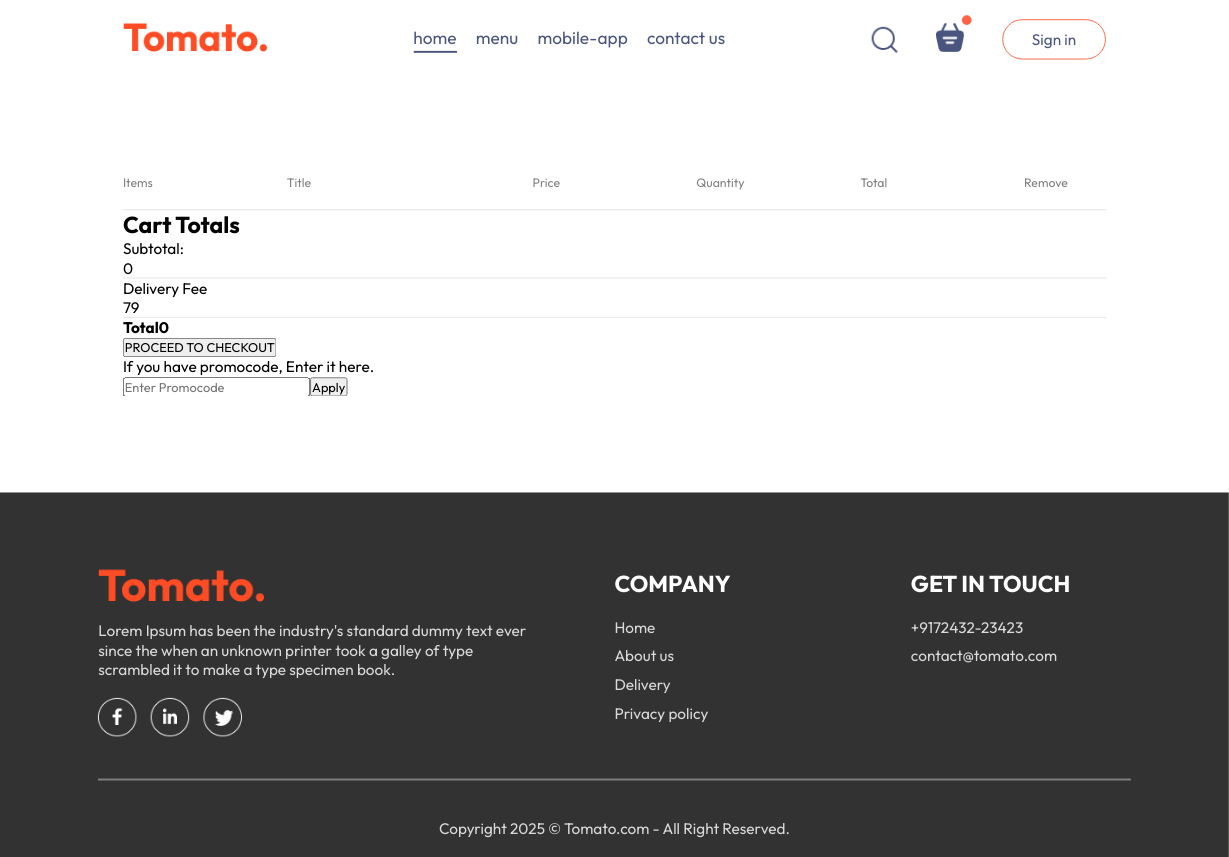
Repository: KartikChouhan03/food-delivery-app
Page: /cart (app in frontend/)
The author's editor kept a copy of each file at every save. The page is drawn from the files as they stood at one save, then again after the next save.
The browser window is 1280 px wide. The pictures show the whole page, at 96% of full size.
Some web fonts or font styles are not loaded; a fallback is used. The project was rebuilt for these pictures with package versions that can differ from the ones it lists, and the page was loaded fresh each time. Also part of the build but not shown: frontend/vite.config.js, frontend/src/components/Header/Header.css, frontend/src/components/Header/Header.jsx, frontend/src/components/ExploreMenu/ExploreMenu.css, frontend/src/components/ExploreMenu/ExploreMenu.jsx, frontend/src/components/FoodDisplay/FoodDisplay.css, frontend/src/components/FoodItem/FoodItem.css, frontend/src/components/FoodItem/FoodItem.jsx and 8 more.

Above is the page before, as saved 2025-08-16 12:43:10.

### frontend/index.html
<!doctype html>
<html lang="en">
  <head>
    <meta charset="UTF-8" />
    <link rel="icon" type="image/svg+xml" href="" />
    <meta name="viewport" content="width=device-width, initial-scale=1.0" />
    <title>Foodify</title>
  </head>
  <body>
    <div id="root"></div>
    <script type="module" src="/src/main.jsx"></script>
  </body>
</html>

### frontend/src/main.jsx
import { createRoot } from 'react-dom/client'
import './index.css'
import App from './App.jsx'
import { BrowserRouter} from 'react-router-dom'
import StoreContextProvider from './context/StoreContext.jsx'


createRoot(document.getElementById('root')).render(
  <BrowserRouter>
    <StoreContextProvider>
      <App />
    </StoreContextProvider>
  </BrowserRouter>


)

### frontend/src/index.css

@import url('https://fonts.googleapis.com/css2?family=Montserrat:ital,wght@0,100..900;1,100..900&family=Outfit:wght@100..900&family=Playfair+Display:ital,wght@0,400..900;1,400..900&display=swap');


*{
  padding: 0;
  margin: 0;
  box-sizing: border-box;
  font-family: Outfit;
  scroll-behavior: smooth;
}

body{
  min-height: 100vh;
}

a{
  text-decoration: none;
  color: inherit;
}

.app{
  width: 80%;
  margin: auto;
}

@keyframes fadeIn{
  0%{
    opacity: 0;
  }
  100%{
    opacity: 1;
  }
}

### frontend/src/App.jsx
import React, { useState } from 'react'
import Navbar from './components/Navbar/Navbar'
import { Route, Routes } from 'react-router-dom'
import Home from './pages/Home/Home'
import Cart from './pages/Cart/Cart'
import PlaceOrder from './pages/PlaceOrder/PlaceOrder'
import Footer from './components/Footer/Footer'
import LoginPopup from './components/LoginPopup/LoginPopup'


const App = () => {

  const [showLogin,setShowLogin] = useState(false)


  return (
    <>
    {showLogin?<LoginPopup setShowLogin={setShowLogin}/>:<></>}
      <div className='app'>
        <Navbar setShowLogin={setShowLogin} />
        <Routes>
          <Route path="/" element={<Home />} />
          <Route path="/cart" element={<Cart />} />
          <Route path="/order" element={<PlaceOrder/>} />
        </Routes>
      </div>
      <Footer/>
    </>

  )
}

export default App

### frontend/src/context/StoreContext.jsx
import { createContext, useEffect, useState } from "react";
import { food_list } from "../assets/assets";


export const StoreContext = createContext(null)

const StoreContextProvider = (props) =>{

    const [cartItems, setCartItems] = useState({});

    const addToCart =(itemId)=>{
        if(!cartItems[itemId]){
            setCartItems((prev)=>({...prev,[itemId]:1}))
        }
        else{
            setCartItems((prev)=>({...prev,[itemId]:prev[itemId]+1}))
        }
    }

    const removeFromCart =(itemId) =>{
        setCartItems((prev)=>({...prev,[itemId]:prev[itemId]-1}))
    }

    useEffect(()=>{
        console.log(cartItems);
    },[cartItems])


    const contextValue = {
        food_list,
        cartItems,
        setCartItems,
        addToCart,
        removeFromCart,
    }



    return (
        <StoreContext.Provider value ={contextValue}>
            {props.children}
        </StoreContext.Provider>
    )

}

export default StoreContextProvider;

### frontend/src/components/Navbar/Navbar.jsx
import React, { useState } from 'react'
import './Navbar.css'
import {assets} from '../../assets/assets.js'
import {Link} from 'react-router-dom';

const Navbar = ({setShowLogin}) => {

  const [menu,setMenu] = useState("home");


  return (
    <div className='navbar'>
      <Link to='/'><img className='logo' src={assets.logo} alt="" /></Link>
      <ul className='navbar-menu'>
        <Link to='/' onClick={()=>setMenu("home")} className={menu==="home"?"active":""}>home</Link>
        <a href='#explore-menu' onClick={()=>setMenu("menu")} className={menu==="menu"?"active":""}>menu</a>
        <a href='#app-download' onClick={()=>setMenu("mobile-app")} className={menu==="mobile-app"?"active":""}>mobile-app</a>
        <a href='#footer' onClick={()=>setMenu("contact-us")} className={menu==="contact-us"?"active":""}>contact us</a>
      </ul>
      <div className="navbar-right">
        <img src={assets.search_icon} alt="" />
        <div className='navbar-search-icon'>
          <Link to='/cart'><img src={assets.basket_icon} alt="" /></Link>
          <div className='dot'></div>
        </div>
        <button onClick={()=>setShowLogin(true)}>Sign in</button>
      </div>
    </div>
  )
}

export default Navbar

### frontend/src/pages/Cart/Cart.jsx
import React, { useContext } from 'react'
import './Cart.css'
import { StoreContext } from '../../context/StoreContext'

const Cart = () => {

  const {cartItems, food_list, removeFromCart} = useContext(StoreContext);

  return (
    <div className='cart'>
      <div className="cart-items">
        <div className="cart-items-title">
          <p>Items</p>
          <p>Title</p>
          <p>Price</p>
          <p>Quantity</p>
          <p>Total</p>
          <p>Remove</p>
        </div>
        <br />
        <hr />
        {food_list.map((item,index)=>{
          if(cartItems[item._id]>0){
            return (
              <div>
                <div  className='cart-items-title cart-items-item'>
                  <img src={item.image} alt="" />
                  <p>{item.name}</p>
                  <p>₹{item.price}</p>
                  <p>{cartItems[item._id]}</p>
                  <p>₹{item.price*cartItems[item._id]}</p>
                  <p className='cross' onClick={()=>removeFromCart(item._id)}>x</p>
                </div>
                <hr />
              </div>

            )
          }
        })}
      </div>
      <div className='cart-bottom'>
        <div className='cart-total'>
          <h2>Cart Totals</h2>
          <div>
            <div className="cart-total-details">
              <p>Subtotal:</p>
              <p>{0}</p>
            </div>
            <hr />
            <div className="cart-total-details">
              <p>Delivery Fee</p>
              <p>{79}</p>
            </div>
            <hr />
            <div className="cart-total-details">
              <b>Total</b>
              <b>{0}</b>
            </div>
          </div>
          <button>PROCEED TO CHECKOUT</button>
        </div>
        <div className='cart-promocode'>
          <div>
            <p>If you have promocode, Enter it here.</p>
            <div className="cart-promocode-input">
              <input type="text" placeholder="Enter Promocode" />
              <button>Apply</button>
            </div>
          </div>
        </div>
      </div>
    </div>
  )
}

export default Cart

### frontend/src/components/Footer/Footer.jsx
import React from 'react'
import './Footer.css'
import { assets } from '../../assets/assets'

const Footer = () => {
  return (
    <div className='footer' id='footer'>
      <div className="footer-content">
        <div className="footer-content-left">
            <img src={assets.logo} alt="" />
            <p>Lorem Ipsum has been the industry's standard dummy text ever since the when an unknown printer took a galley of type scrambled it to make a type specimen book.</p>
            <div className="footer-social-icons">
                <img src={assets.facebook_icon} alt="" />
                <img src={assets.linkedin_icon} alt="" />
                <img src={assets.twitter_icon} alt="" />
            </div>
        </div>
        <div className='footer-content-center'>
            <h2>COMPANY</h2>
            <ul>
                <li>Home</li>
                <li>About us</li>
                <li>Delivery</li>
                <li>Privacy policy</li>
            </ul>
        </div>
        <div className="footer-content-right">
            <h2>GET IN TOUCH</h2>
            <ul>
                <li>+9172432-23423</li>
                <li>contact@tomato.com</li>
            </ul>
        </div>
      </div>
      <hr />
        <p className='footer-copyright'>Copyright 2025 © Tomato.com - All Right Reserved.</p>
    </div>
  )
}

export default Footer

### frontend/src/assets/assets.js
import basket_icon from './basket_icon.png'
import logo from './logo.png'
import header_img from './header_img.png'
import search_icon from './search_icon.png'
import menu_1 from './menu_1.png'
import menu_2 from './menu_2.png'
import menu_3 from './menu_3.png'
import menu_4 from './menu_4.png'
import menu_5 from './menu_5.png'
import menu_6 from './menu_6.png'
import menu_7 from './menu_7.png'
import menu_8 from './menu_8.png'

import food_1 from './food_1.png'
import food_2 from './food_2.png'
import food_3 from './food_3.png'
import food_4 from './food_4.png'
import food_5 from './food_5.png'
import food_6 from './food_6.png'
import food_7 from './food_7.png'
import food_8 from './food_8.png'
import food_9 from './food_9.png'
import food_10 from './food_10.png'
import food_11 from './food_11.png'
import food_12 from './food_12.png'
import food_13 from './food_13.png'
import food_14 from './food_14.png'
import food_15 from './food_15.png'
import food_16 from './food_16.png'
import food_17 from './food_17.png'
import food_18 from './food_18.png'
import food_19 from './food_19.png'
import food_20 from './food_20.png'
import food_21 from './food_21.png'
import food_22 from './food_22.png'
import food_23 from './food_23.png'
import food_24 from './food_24.png'
import food_25 from './food_25.png'
import food_26 from './food_26.png'
import food_27 from './food_27.png'
import food_28 from './food_28.png'
import food_29 from './food_29.png'
import food_30 from './food_30.png'
import food_31 from './food_31.png'
import food_32 from './food_32.png'

import add_icon_white from './add_icon_white.png'
import add_icon_green from './add_icon_green.png'
import remove_icon_red from './remove_icon_red.png'
import app_store from './app_store.png'
import play_store from './play_store.png'
import linkedin_icon from './linkedin_icon.png'
import facebook_icon from './facebook_icon.png'
import twitter_icon from './twitter_icon.png'
import cross_icon from './cross_icon.png'
import selector_icon from './selector_icon.png'
import rating_starts from './rating_starts.png'
import profile_icon from './profile_icon.png'
import bag_icon from './bag_icon.png'
import logout_icon from './logout_icon.png'
import parcel_icon from './parcel_icon.png'

export const assets = {
    logo,
    basket_icon,
    header_img,
    search_icon,
    rating_starts,
    add_icon_green,
    add_icon_white,
    remove_icon_red,
    app_store,
    play_store,
    linkedin_icon,
    facebook_icon,
    twitter_icon,
    cross_icon,
    selector_icon,
    profile_icon,
    logout_icon,
    bag_icon,
    parcel_icon
}

export const menu_list = [
    {
        menu_name: "Salad",
        menu_image: menu_1
    },
    {
        menu_name: "Rolls",
        menu_image: menu_2
    },
    {
        menu_name: "Deserts",
        menu_image: menu_3
    },
    {
        menu_name: "Sandwich",
        menu_image: menu_4
    },
    {
        menu_name: "Cake",
        menu_image: menu_5
    },
    {
        menu_name: "Pure Veg",
        menu_image: menu_6
    },
    {
        menu_name: "Pasta",
        menu_image: menu_7
    },
    {
        menu_name: "Noodles",
        menu_image: menu_8
    }]

export const food_list = [
    {
        _id: "1",
        name: "Greek salad",
        image: food_1,
        price: 12,
        description: "Food provides essential nutrients for overall health and well-being",
        category: "Salad"
    },
    {
        _id: "2",
        name: "Veg salad",
        image: food_2,
        price: 18,
        description: "Food provides essential nutrients for overall health and well-being",
        category: "Salad"
    }, {
        _id: "3",
        name: "Clover Salad",
        image: food_3,
        price: 16,
        description: "Food provides essential nutrients for overall health and well-being",
        category: "Salad"
    }, {
        _id: "4",
        name: "Chicken Salad",
        image: food_4,
        price: 24,
        description: "Food provides essential nutrients for overall health and well-being",
        category: "Salad"
    }, {
        _id: "5",
        name: "Lasagna Rolls",
        image: food_5,
        price: 14,
        description: "Food provides essential nutrients for overall health and well-being",
        category: "Rolls"
    }, {
        _id: "6",
        name: "Peri Peri Rolls",
        image: food_6,
        price: 12,
        description: "Food provides essential nutrients for overall health and well-being",
        category: "Rolls"
    }, {
        _id: "7",
        name: "Chicken Rolls",
        image: food_7,
        price: 20,
        description: "Food provides essential nutrients for overall health and well-being",
        category: "Rolls"
    }, {
        _id: "8",
        name: "Veg Rolls",
        image: food_8,
        price: 15,
        description: "Food provides essential nutrients for overall health and well-being",
        category: "Rolls"
    }, {
        _id: "9",
        name: "Ripple Ice Cream",
        image: food_9,
        price: 14,
        description: "Food provides essential nutrients for overall health and well-being",
        category: "Deserts"
    }, {
        _id: "10",
        name: "Fruit Ice Cream",
        image: food_10,
        price: 22,
        description: "Food provides essential nutrients for overall health and well-being",
        category: "Deserts"
    }, {
        _id: "11",
        name: "Jar Ice Cream",
        image: food_11,
        price: 10,
        description: "Food provides essential nutrients for overall health and well-being",
        category: "Deserts"
    }, {
        _id: "12",
        name: "Vanilla Ice Cream",
        image: food_12,
        price: 12,
        description: "Food provides essential nutrients for overall health and well-being",
        category: "Deserts"
    },
    {
        _id: "13",
        name: "Chicken Sandwich",
        image: food_13,
        price: 12,
        description: "Food provides essential nutrients for overall health and well-being",
        category: "Sandwich"
    },
    {
        _id: "14",
        name: "Vegan Sandwich",
        image: food_14,
        price: 18,
        description: "Food provides essential nutrients for overall health and well-being",
        category: "Sandwich"
    }, {
        _id: "15",
        name: "Grilled Sandwich",
        image: food_15,
        price: 16,
        description: "Food provides essential nutrients for overall health and well-being",
        category: "Sandwich"
    }, {
        _id: "16",
        name: "Bread Sandwich",
        image: food_16,
        price: 24,
        description: "Food provides essential nutrients for overall health and well-being",
        category: "Sandwich"
    }, {
        _id: "17",
        name: "Cup Cake",
        image: food_17,
        price: 14,
        description: "Food provides essential nutrients for overall health and well-being",
        category: "Cake"
    }, {
        _id: "18",
        name: "Vegan Cake",
        image: food_18,
        price: 12,
        description: "Food provides essential nutrients for overall health and well-being",
        category: "Cake"
    }, {
        _id: "19",
        name: "Butterscotch Cake",
        image: food_19,
        price: 20,
        description: "Food provides essential nutrients for overall health and well-being",
        category: "Cake"
    }, {
        _id: "20",
        name: "Sliced Cake",
        image: food_20,
        price: 15,
        description: "Food provides essential nutrients for overall health and well-being",
        category: "Cake"
    }, {
        _id: "21",
        name: "Garlic Mushroom ",
        image: food_21,
        price: 14,
        description: "Food provides essential nutrients for overall health and well-being",
        category: "Pure Veg"
    }, {
        _id: "22",
        name: "Fried Cauliflower",
        image: food_22,
        price: 22,
        description: "Food provides essential nutrients for overall health and well-being",
        category: "Pure Veg"
    }, {
        _id: "23",
        name: "Mix Veg Pulao",
        image: food_23,
        price: 10,
        description: "Food provides essential nutrients for overall health and well-being",
        category: "Pure Veg"
    }, {
        _id: "24",
        name: "Rice Zucchini",
        image: food_24,
        price: 12,
        description: "Food provides essential nutrients for overall health and well-being",
        category: "Pure Veg"
    },
    {
        _id: "25",
        name: "Cheese Pasta",
        image: food_25,
        price: 12,
        description: "Food provides essential nutrients for overall health and well-being",
        category: "Pasta"
    },
    {
        _id: "26",
        name: "Tomato Pasta",
        image: food_26,
        price: 18,
        description: "Food provides essential nutrients for overall health and well-being",
        category: "Pasta"
    }, {
        _id: "27",
        name: "Creamy Pasta",
        image: food_27,
        price: 16,
        description: "Food provides essential nutrients for overall health and well-being",
        category: "Pasta"
    }, {
        _id: "28",
        name: "Chicken Pasta",
        image: food_28,
        price: 24,
        description: "Food provides essential nutrients for overall health and well-being",
        category: "Pasta"
    }, {
        _id: "29",
        name: "Buttter Noodles",
        image: food_29,
        price: 14,
        description: "Food provides essential nutrients for overall health and well-being",
        category: "Noodles"
    }, {
        _id: "30",
        name: "Veg Noodles",
        image: food_30,
        price: 12,
        description: "Food provides essential nutrients for overall health and well-being",
        category: "Noodles"
    }, {
        _id: "31",
        name: "Somen Noodles",
        image: food_31,
        price: 20,
        description: "Food provides essential nutrients for overall health and well-being",
        category: "Noodles"
    }, {
        _id: "32",
        name: "Cooked Noodles",
        image: food_32,
        price: 15,
        description: "Food provides essential nutrients for overall health and well-being",
        category: "Noodles"
    }
]

### frontend/src/components/Navbar/Navbar.css
.navbar{
    padding: 20px 0px;
    display: flex;
    justify-content: space-between;
    align-items: center;
}

.navbar .logo{
    width: 150px;
}

.navbar-menu{
    display: flex;
    list-style: none;
    gap: 20px;
    color: #49557e;
    font-size: 18px;
}

.navbar-right{
    display: flex;
    align-items: center;
    gap: 40px;
}

.navbar button{
    background: transparent;
    font-size: 16px;
    color: #49557e;
    border: 1px solid tomato;
    padding: 10px 30px;
    border-radius: 50px;
    cursor: pointer;
    transition: 0.4s;
}

.navbar button:hover{
    background-color: #fff4f2;
}

.navbar .active{
    padding-bottom: 2px;
    border-bottom: 2px solid #49557e;
}

.navbar li{
    cursor: pointer;
}

.navbar-search-icon {
    position: relative;
}

.navbar-search-icon .dot{
    position: absolute;
    min-width: 10px;
    min-height: 10px;
    background-color: tomato;
    border-radius:5px ;
    top: -8px;
    right: -8px;
}


@media (max-width: 1050px){
    .navbar .logo{
        width: 140px;
    }
    .navbar-menu{
        gap: 20px;
        font-size: 17px;
    }
    .navbar-right{
        gap: 30px;
    }
    .navbar-right img{
        width: 22px;
    }
    .navbar-right button{
        padding: 8px 25px;
    }
}

@media (max-width: 900px){
    .navbar .logo{
        width: 120px;
    }
    .navbar-menu{
        gap: 15px;
        font-size: 15px;
    }
    .navbar-right{
        gap: 20px;
    }
    .navbar-right img{
        width: 20px;
    }
    .navbar-right button{
        padding: 7px 20px;
        font-size: 15px;
    }
}

@media (max-width: 750px){
    .navbar-menu{
        display: none;
    }
}

### frontend/src/pages/Cart/Cart.css
.cart{
    margin-top: 100px;

}

.cart-items-title{
    display: grid;
    grid-template-columns: 1fr 1.5fr 1fr 1fr 1fr 0.5fr;
    align-items: center;
    color: gray;
    font-size: max(1vw, 12px);
}

.cart-items-item{
    margin: 10px 0px;
    color: black;
}

.cart-items-item img{
    width: 50px;
}

.cart hr{
    height: 1px;
    background-color: #e2e2e2;
    border: none;
}

.cart-items-item .cross{
    cursor: pointer;
}

### frontend/src/components/Footer/Footer.css
.footer{
    color: #d9d9d9;
    background-color: #323232;
    display: flex;
    flex-direction: column;
    align-items: center;
    gap: 20px;
    padding: 20px 8vw;
    padding-top: 80px ;
    margin-top: 100px ;
}

.footer-content{
    width: 100%;
    display: grid;
    grid-template-columns: 2fr 1fr 1fr;
    gap: 80px;
}

.footer-content-left, .footer-content-right, .footer-content-center{
    display: flex;
    flex-direction: column;
    align-items:start ;
    gap: 20px;
}


.footer-content-left li, .footer-content-right li , .footer-content-center li{
    list-style: none;
    margin-bottom: 10px;
    cursor: pointer;
}

.footer-content-right h2, .footer-content-center h2{
    color: white;
}


.footer-social-icons img{
    width: 40px;
    margin-right: 15px;
}

.footer hr{
    width: 100%;
    height: 2px;
    margin: 20px 0px;
    background-color: gray;
    border: none;
}

@media (max-width:750px) {
    .footer-content{
        display: flex;
        flex-direction: column;
        gap: 35px;
    }
    .footer-copyright{
        text-align: center;
    }
}

Loaded but not shown: frontend/src/pages/Home/Home.css (no stored copy; drawn as an empty file)

After the next save:
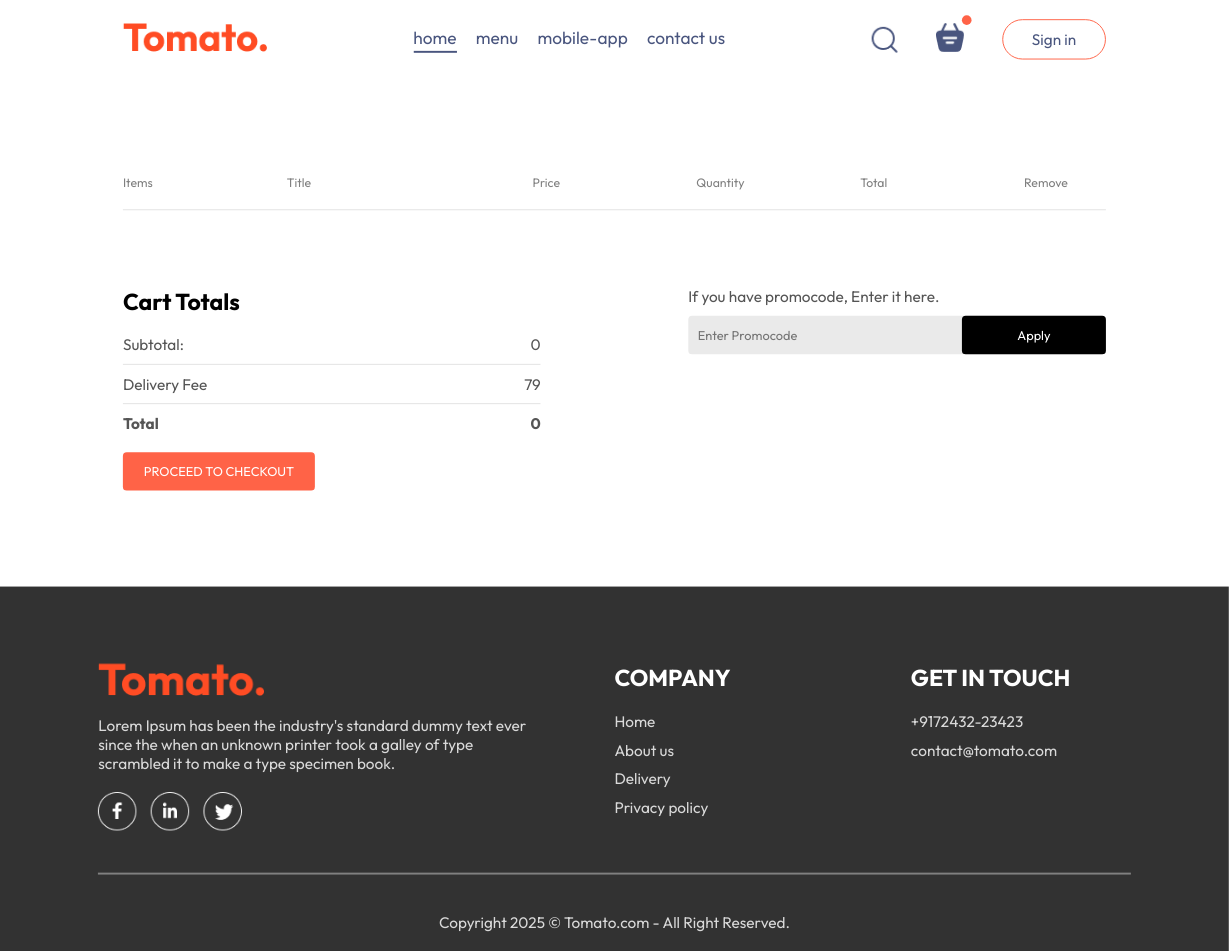
Saved 7 min 30 s later.
--- a/frontend/src/pages/Cart/Cart.css
+++ b/frontend/src/pages/Cart/Cart.css
@@ -29,3 +29,75 @@
 .cart-items-item .cross{
     cursor: pointer;
 }
+
+
+
+.cart-bottom{
+    margin-top: 80px;
+    display: flex;
+    justify-content: space-between;
+    gap:  max(12vw,20px);
+}
+
+.cart-total{
+    flex: 1;
+    display: flex;
+    flex-direction: column;
+    gap: 20px;
+}
+
+.cart-total-details{
+    display: flex;
+    justify-content: space-between;
+    color: #555;
+
+}
+
+.cart-total hr{
+    margin: 10px 0px;
+}
+
+.cart-total button{
+    border: none;
+    color:  white;
+    background-color: tomato;
+    width: max(15vw, 200px);
+    padding: 12px 0px;
+    border-radius: 4px;
+    cursor: pointer;
+}
+
+.cart-promocode{
+    flex: 1;
+
+}
+
+.cart-promocode p{
+    color: #555;
+}
+
+.cart-promocode-input{
+    margin-top: 10px;
+    display: flex;
+    justify-content: space-between;
+    align-items: center;
+    background-color: #eaeaea;
+    border-radius: 4px ;
+
+}
+
+.cart-promocode-input input{
+    background: transparent;
+    border: none;
+    outline: none;
+    padding-left: 10px ;
+}
+
+.cart-promocode-input button{
+    width: max(10vw,150px);
+    padding: 12px 5px;
+    background-color: black;
+    border: none;
+    color: white;
+    border-radius: 4px;
+}
